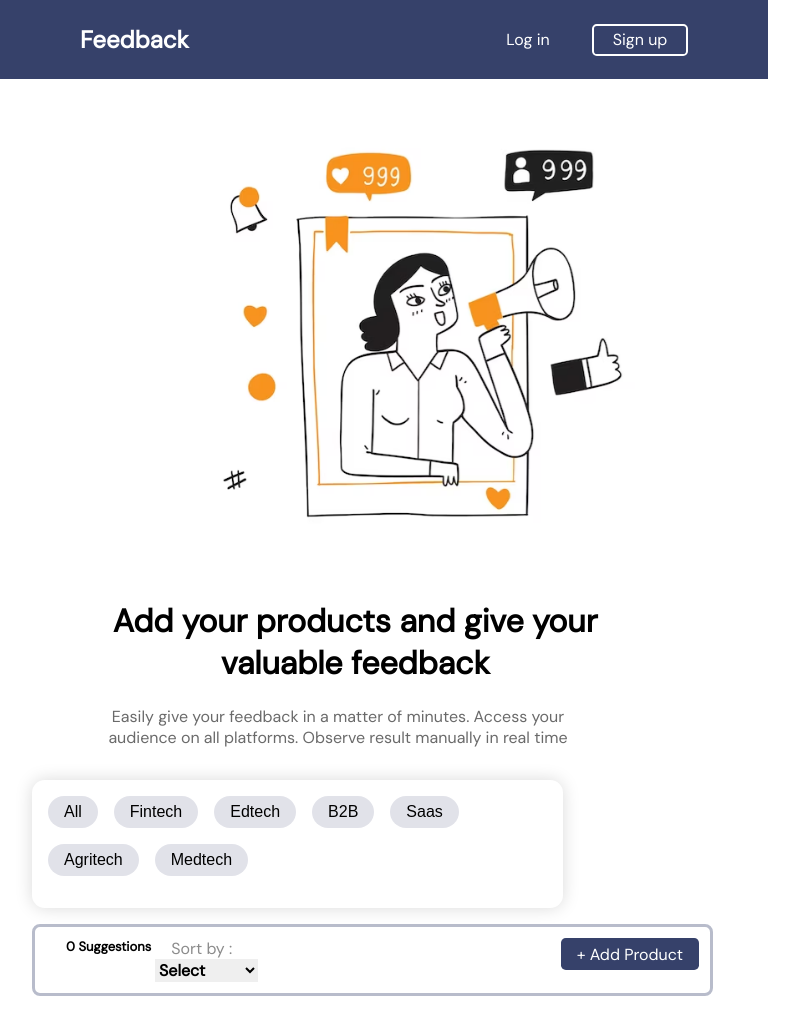
Repository: drumsmanku/final-evaluation-test
Page: / (app in client/)
An editor plug-in stored every save of this project. The page is shown before and after the next save, followed by the edit.
The browser window is 768 px wide. The page is 800 px wide, so the pictures cover 800 px, including what lies to the right of the window. The pictures show the whole page.
The page's requests for data from a server got no answer. The project was rebuilt for these pictures with package versions that can differ from the ones it lists, and the page was loaded fresh each time. No one was signed in, and anything a server would have sent is missing. Also part of the build but not shown: client/src/CSS/LoginPopUp.css, client/src/Components/LoginPopUp.js, client/src/CSS/SignupPopUp.css, client/src/Components/SignupPopUp.js, client/src/CSS/AddProductPopUp.css, client/src/Components/AddProductPopUp.js, client/src/Components/CommentsSection.js, client/src/CSS/SignUp.css and 3 more.

Above is the page before, as saved 2023-08-01 00:39:36.

After the next save:
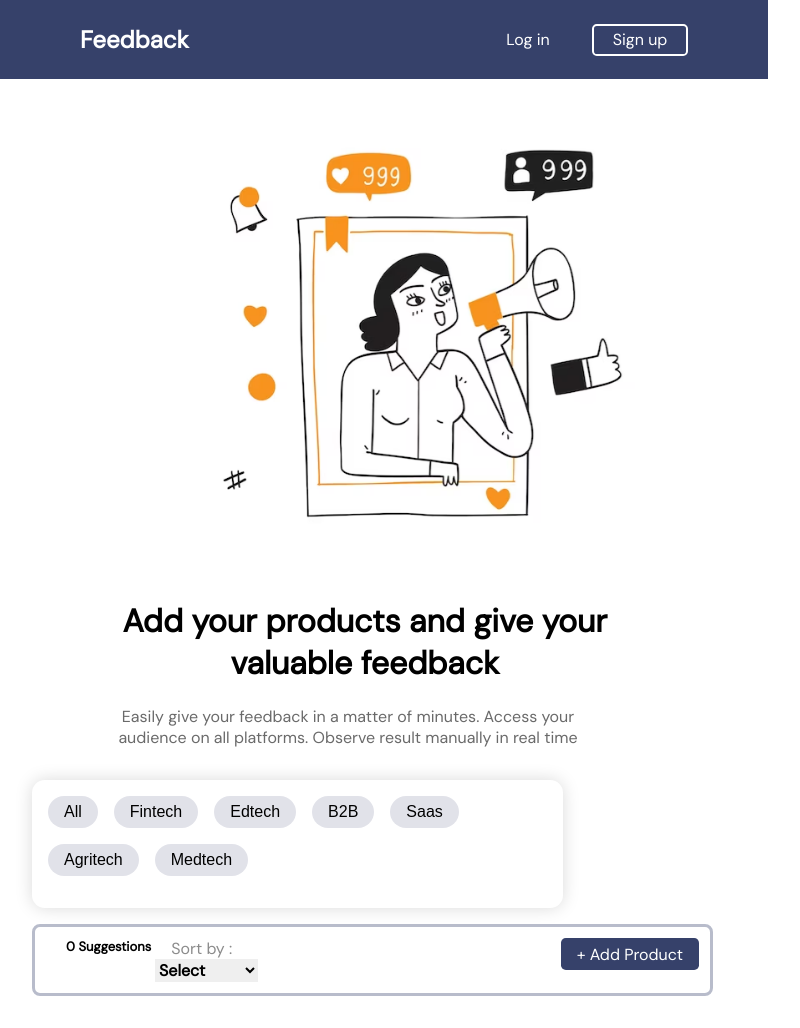
Saved 7 s later.
--- a/client/src/CSS/MainPage.css
+++ b/client/src/CSS/MainPage.css
@@ -157,7 +157,7 @@ body{
   }
   .both-texts{
     margin-bottom: 2rem;
-    padding-left: 3rem;
+    padding-left: 4rem;
   }
   .apply-filter{
     display: none;
